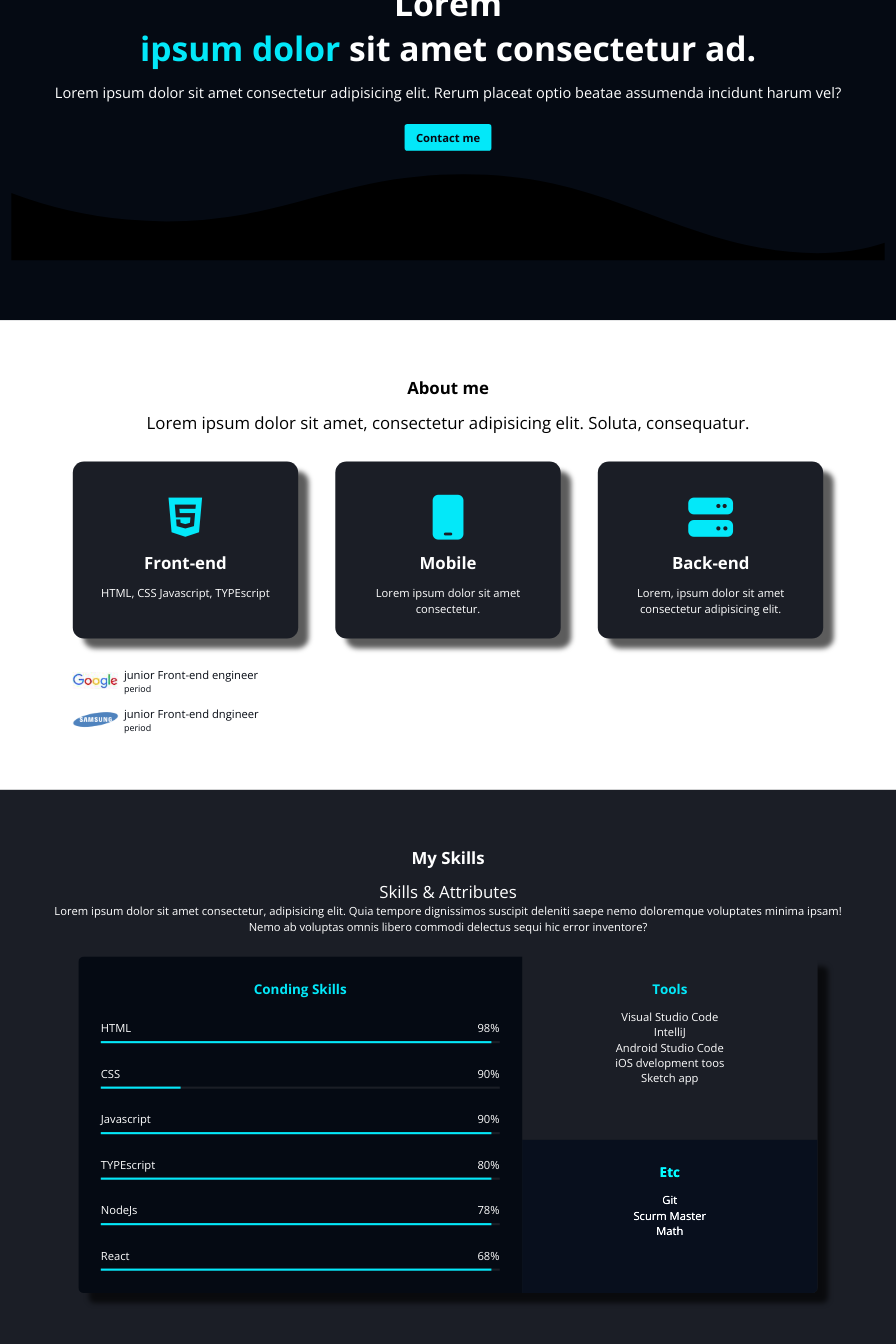
Repository: Arden-Sol/portfolio-website-clone-coding
Page: index.html
These files come from the project's save history. The page is drawn as it stood at one moment and after the next save; the edit follows.
The browser window is 1280 px wide. The pictures show the part of the page from y = 395 to 2315 px (the page is 4283 px tall before and 4153 px after), at 70% of full size.
Some web libraries are served in a nearby version.

Above is the page before, as saved 2024-04-06 23:41:55.

After the next save:
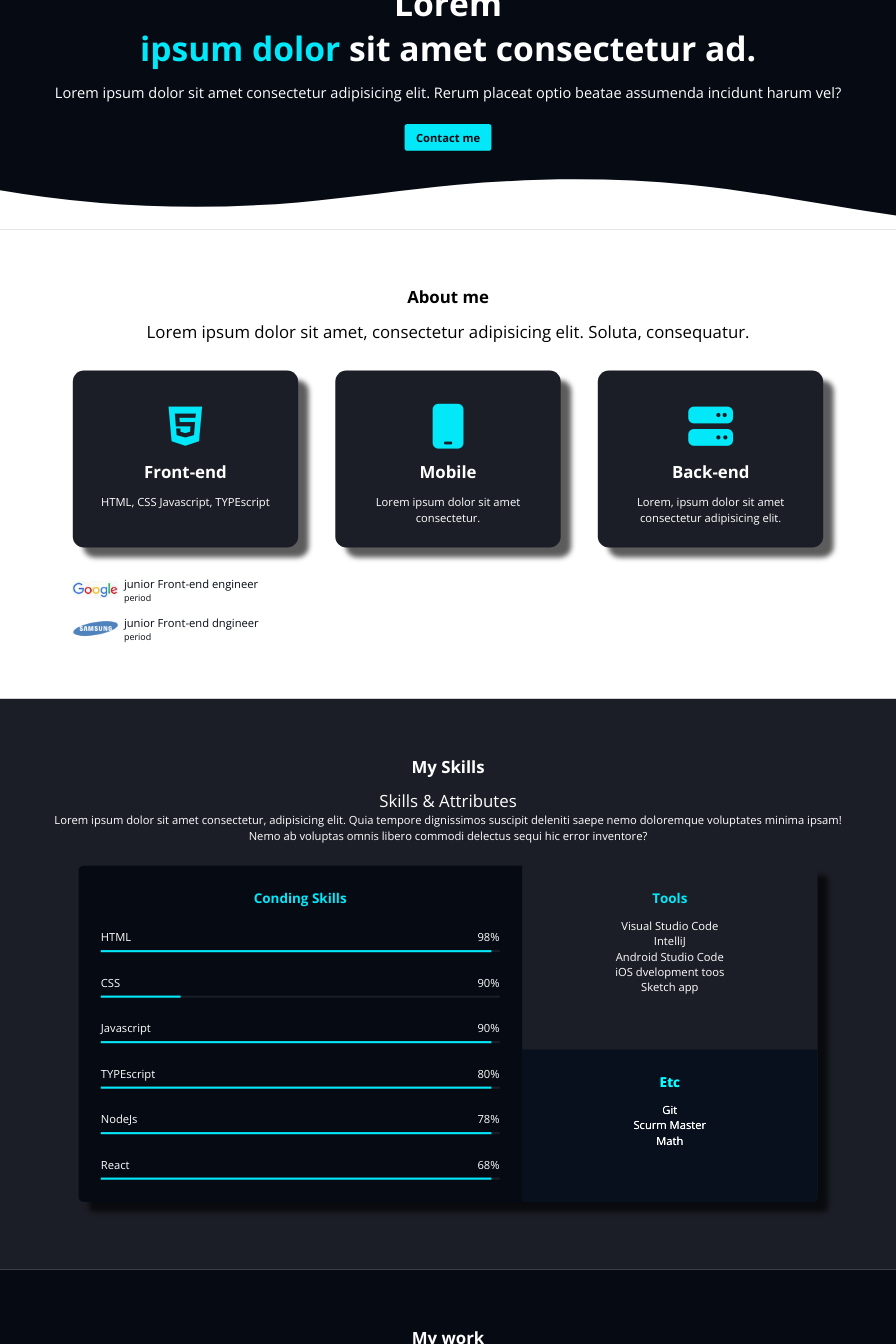
Saved 5 s later.
--- a/css/style.css
+++ b/css/style.css
@@ -132,7 +132,7 @@ button:hover {
   padding-top: 7rem;
   text-align: center;
 }
-.custom-shape-divider-bottom-1712414354 {
+.home__divider {
   position: absolute;
   bottom: 0;
   left: 0;
@@ -141,14 +141,14 @@ button:hover {
   line-height: 0;
 }
 
-.custom-shape-divider-bottom-1712414354 svg {
+.home__divider svg {
   position: relative;
   display: block;
   width: calc(124% + 1.3px);
   height: 72px;
 }
 
-.custom-shape-divider-bottom-1712414354 .shape-fill {
+.home__divider .shape-fill {
   fill: #FFFFFF;
 }
 .home__avatar{
